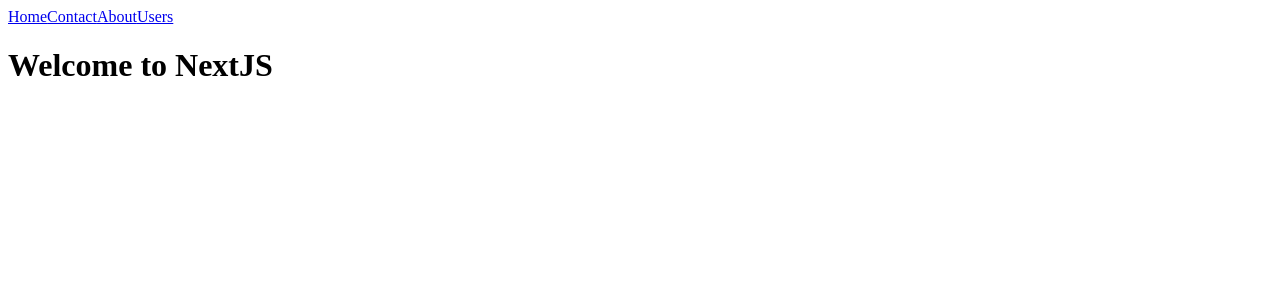
Repository: CaptainStorm21/NextJS-React16
Page: /
An editor plug-in stored every save of this project. The page is shown before and after a run of saves, followed by the edit.
The browser window is 1280 px wide. The pictures show the whole page.
The project was rebuilt for these pictures with package versions that can differ from the ones it lists, and the page was loaded fresh each time. The framework's server and built-in components were replaced by stand-ins that run in the browser.

Above is the page before, as saved 2020-06-09 23:02:29.

After the next 2 saves:
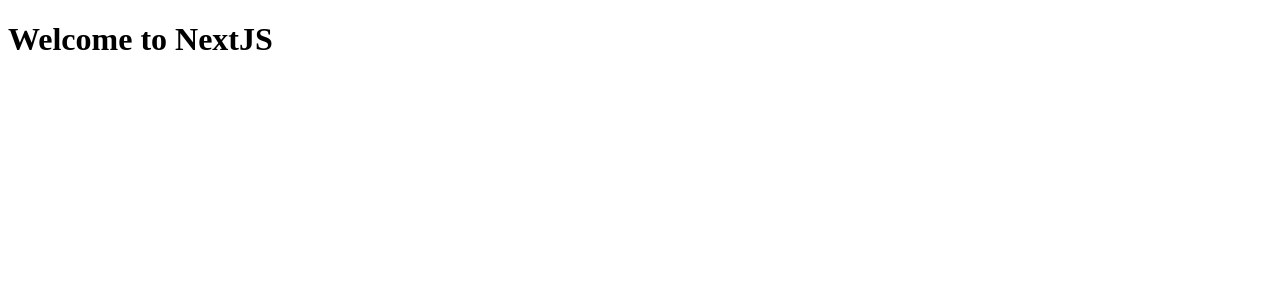
The 2 saves are shown as one change because 1 did not build or start.
The last was saved 38 s later.
--- a/pages/index.js
+++ b/pages/index.js
@@ -1,11 +1,11 @@
 import React, { Component } from "react";
-import Header from "../components/includes/Header";
+// import Header from "../components/includes/Header";
 
 export default class Home extends Component {
   render() {
     return (
       <>
-        <Header />
+        {/* <Header /> */}
         <h1>Welcome to NextJS</h1>
       </>
     );
